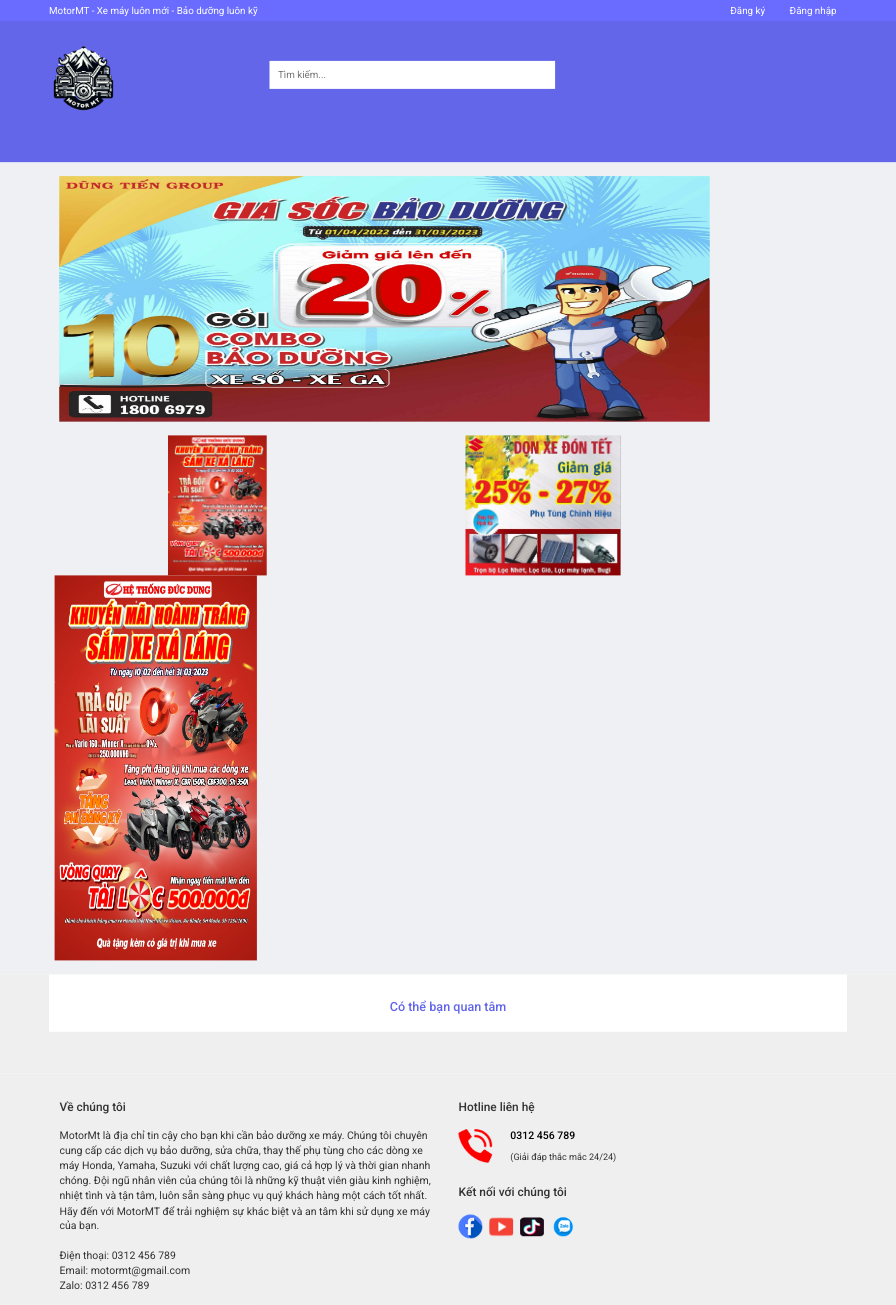
Repository: ThieuDV091002/MotorMaintain
Page: http://localhost/index
An editor plug-in stored every save of this project. The page is shown before and after the next save, followed by the edit.
The browser window is 1280 px wide. The pictures show the whole page, at 70% of full size.
Some web fonts or font styles are not loaded; a fallback is used. The page is this project's Thymeleaf template; nobody is signed in. The template is opened directly, without the code that normally fills it, so the values that code supplies are empty.

Above is the page before, as saved 2024-01-29 11:32:57.
Console error: TypeError: Cannot read properties of null (reading 'style')

After the next save:
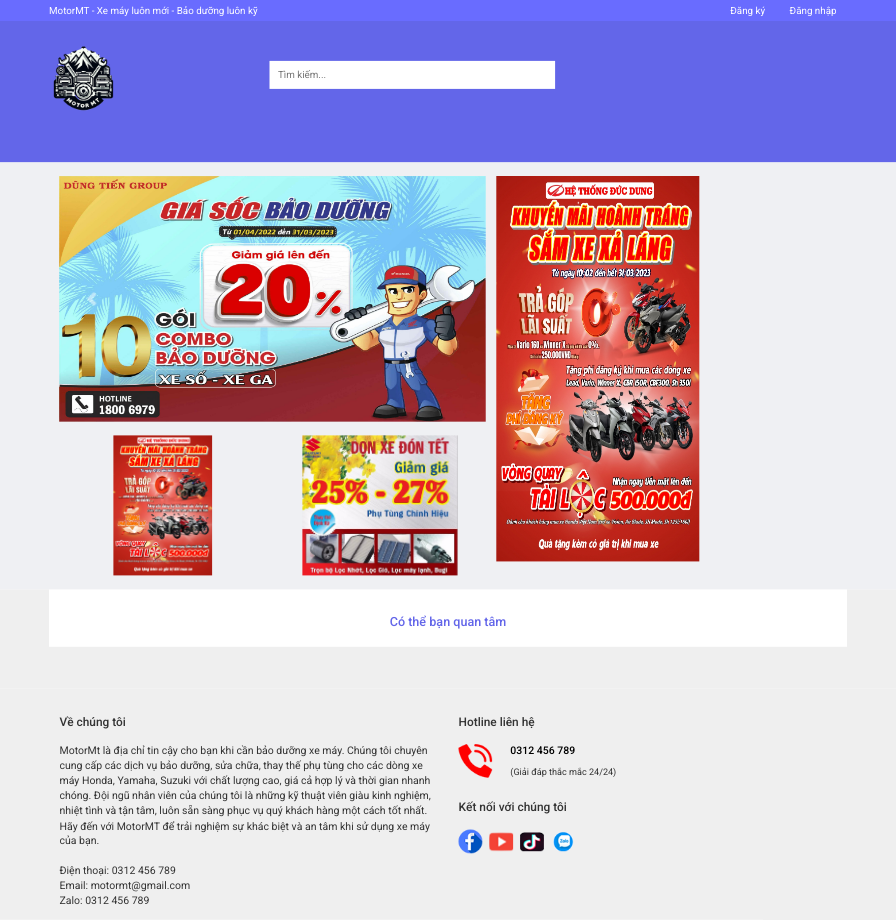
Saved 38 s later.
--- a/MotorMaintainnanceProject/MotorMaintainanceWebParent/MotorMaintainanceFrontEnd/src/main/resources/templates/index.html
+++ b/MotorMaintainnanceProject/MotorMaintainanceWebParent/MotorMaintainanceFrontEnd/src/main/resources/templates/index.html
@@ -114,7 +114,7 @@
 			<div class="row">
 				<div class="slider col-lg-12 col-md-12 col-sm-0">
 					<div class="row">
-						<div class="slide__left col-lg-12 col-md-0 col-sm-0">
+						<div class="slide__left col-lg-8 col-md-0 col-sm-0">
 							<div id="carouselExampleIndicators" class="carousel slide"
 								 data-ride="carousel" data-interval="3000">
 								<div class="carousel-inner">
